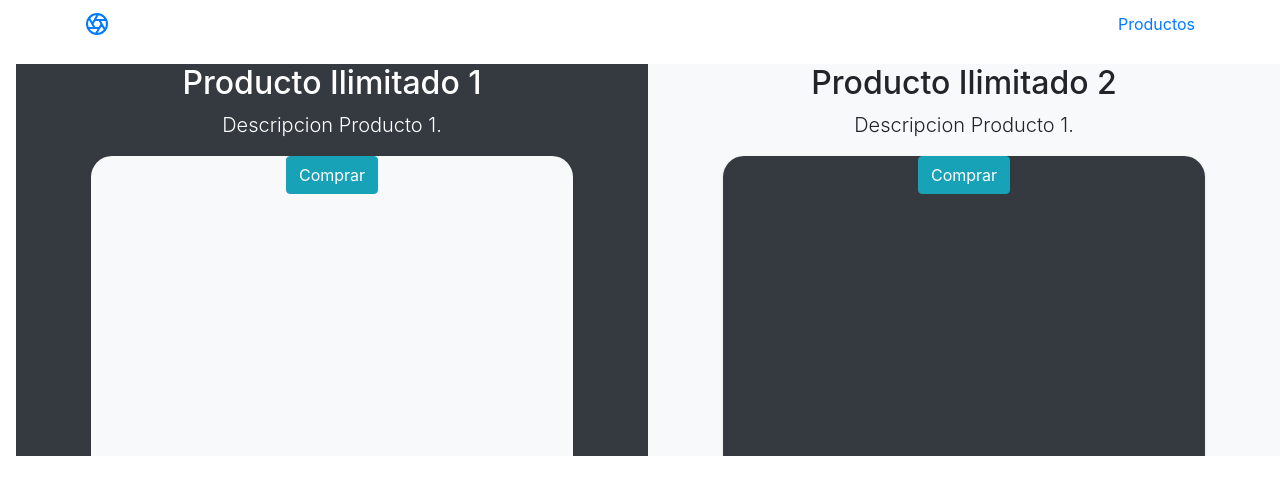
Repository: mapp1990/pasarela
Page: http://localhost/producto
These files come from the project's save history. The page is drawn as it stood at one moment and after the next save; the edit follows.
The browser window is 1280 px wide. The pictures show the whole page.
The page is served by the project's Laravel application, run on PHP 8.4 with Laravel 9.

Above is the page before, as saved 2022-05-27 17:38:46.

After the next save:
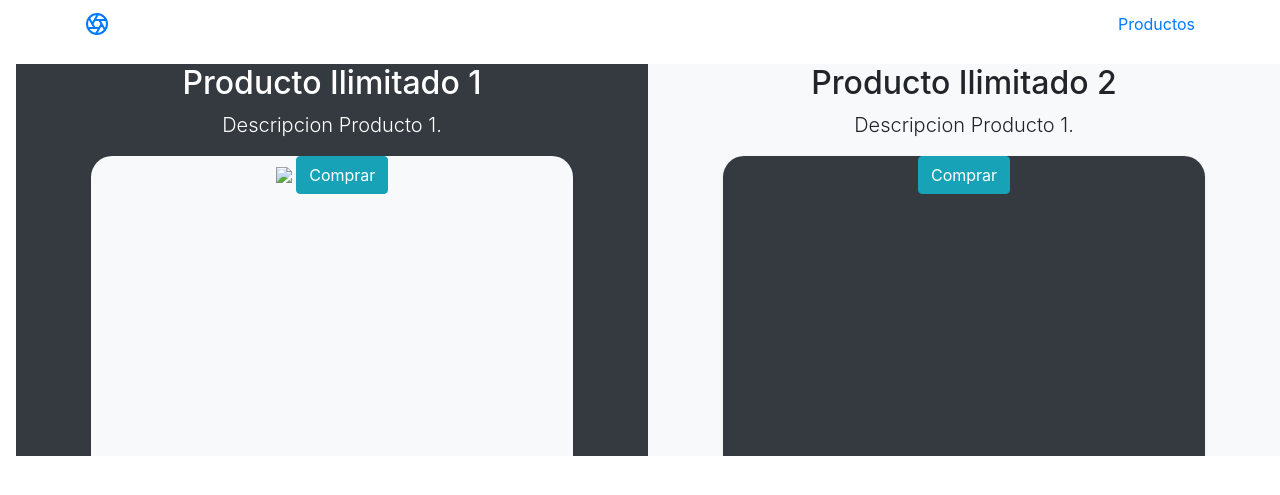
Saved 4 min 42 s later.
--- a/resources/views/productos.blade.php
+++ b/resources/views/productos.blade.php
@@ -24,6 +24,7 @@
                 <p class="lead">Descripcion Producto 1.</p>
             </div>
             <div class="bg-light shadow-sm mx-auto" style="width: 80%; height: 300px; border-radius: 21px 21px 0 0;">
+                <img src="dinosaur.jpg">
                 <button type="button" class="btn btn-info">Comprar</button>
             </div>
         </div>
